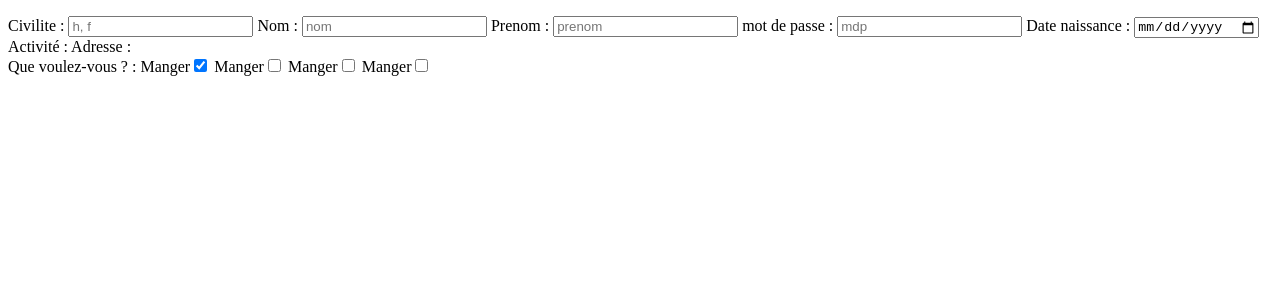
Repository: Douzal/AFCEPF_Architecte_Logiciel
Page: Workspace_Alexis/PremierWebv2/src/main/webapp/Form.html
These files come from the project's save history. The page is drawn as it stood at one moment and after the next save; the edit follows.
The browser window is 1280 px wide. The pictures show the whole page.

Above is the page before, as saved 2018-03-14 13:50:58.

### Workspace_Alexis/PremierWebv2/src/main/webapp/Form.html
<!DOCTYPE html>
<html>
<head>
<meta charset="UTF-8">
<title>-- Formulaire --</title>
</head>
<body>

<form action="traitement" method="post">
	<p>
	<label for="civ">Civilite : </label><input id="civ" name="civ" type="text" placeholder="h, f"></input>
	<label for="nom">Nom : </label><input id="nom" name="nom" type="text" placeholder="nom"></input>
	<label for="prenom">Prenom : </label><input id="prenom" name=""prenom"" type="text" placeholder="prenom"></input>
	<label for="mdp">mot de passe : </label><input id="mdp" name=""mdp"" type="password" placeholder="mdp"></input>
	<label for="dob">Date naissance : </label><input id="dob" name=""mdp"" type="date" placeholder="Naissance"></input>
	<label>Activité : </label>
	<label>Adresse : </label>
	<br />

	<label>Que voulez-vous ? :
	<label for="manger">Manger</label></label><input type="checkbox" name="queFaire" checked="checked"/>
	<label for="boire">Manger</label></label><input type="checkbox" name="boire"/>
	<label for="manger">Manger</label></label><input type="checkbox" name="queFaire" />
	<label for="manger">Manger</label></label><input type="checkbox" name="queFaire" />

	</p>
</form>


</body>
</html>

After the next save:
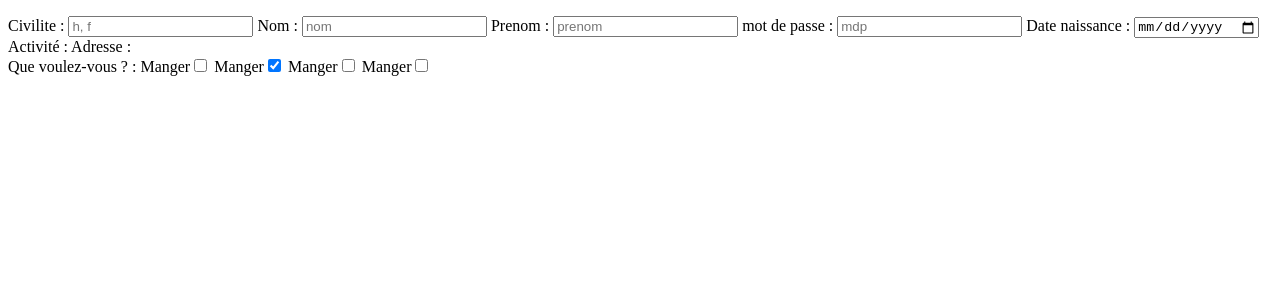
Saved 33 s later.
--- a/Workspace_Alexis/PremierWebv2/src/main/webapp/Form.html
+++ b/Workspace_Alexis/PremierWebv2/src/main/webapp/Form.html
@@ -18,10 +18,10 @@
 	<br />
 
 	<label>Que voulez-vous ? :
-	<label for="manger">Manger</label></label><input type="checkbox" name="queFaire" checked="checked"/>
-	<label for="boire">Manger</label></label><input type="checkbox" name="boire"/>
-	<label for="manger">Manger</label></label><input type="checkbox" name="queFaire" />
-	<label for="manger">Manger</label></label><input type="checkbox" name="queFaire" />
+	<label for="manger">Manger</label></label><input type="checkbox" name="manger"/>
+	<label for="boire">Manger</label></label><input type="checkbox" name="boire" checked="checked"/>
+	<label for="vivre">Manger</label></label><input type="checkbox" name="vivre" />
+	<label for="ecrire">Manger</label></label><input type="checkbox" name="ecrire" />
 
 	</p>
 </form>
